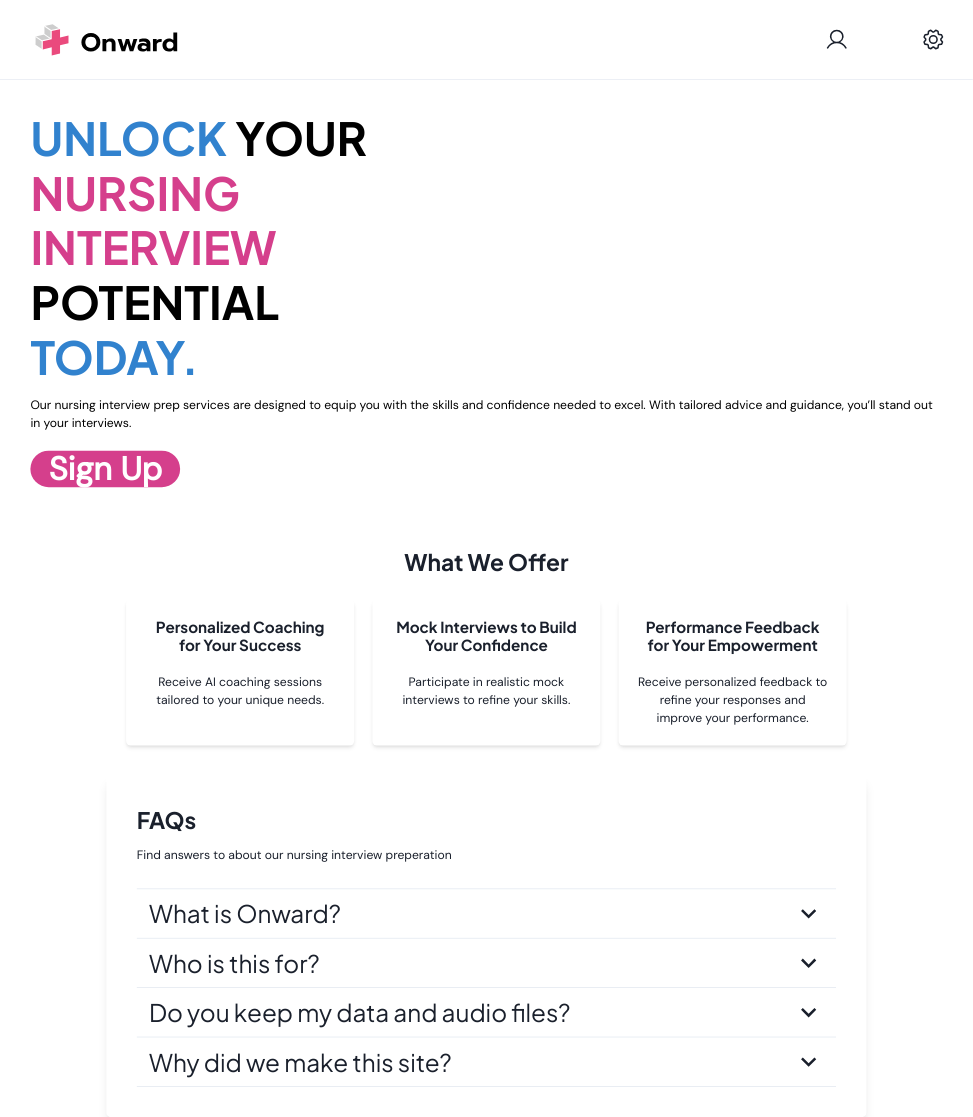
Repository: Aladdin3r/onward
Page: /landing-page
The author's editor kept a copy of each file at every save. The page is drawn from the files as they stood at one save, then again after a run of saves.
The browser window is 1280 px wide. The pictures show the whole page, at 76% of full size.
The project was rebuilt for these pictures with package versions that can differ from the ones it lists, and the page was loaded fresh each time. The framework's server and built-in components were replaced by stand-ins that run in the browser. Also part of the build but not shown: next.config.mjs, styles/components/AppTopNav.js, styles/components/Layout.js.

Above is the page before, as saved 2024-10-29 01:42:09.

After the next 2 saves:
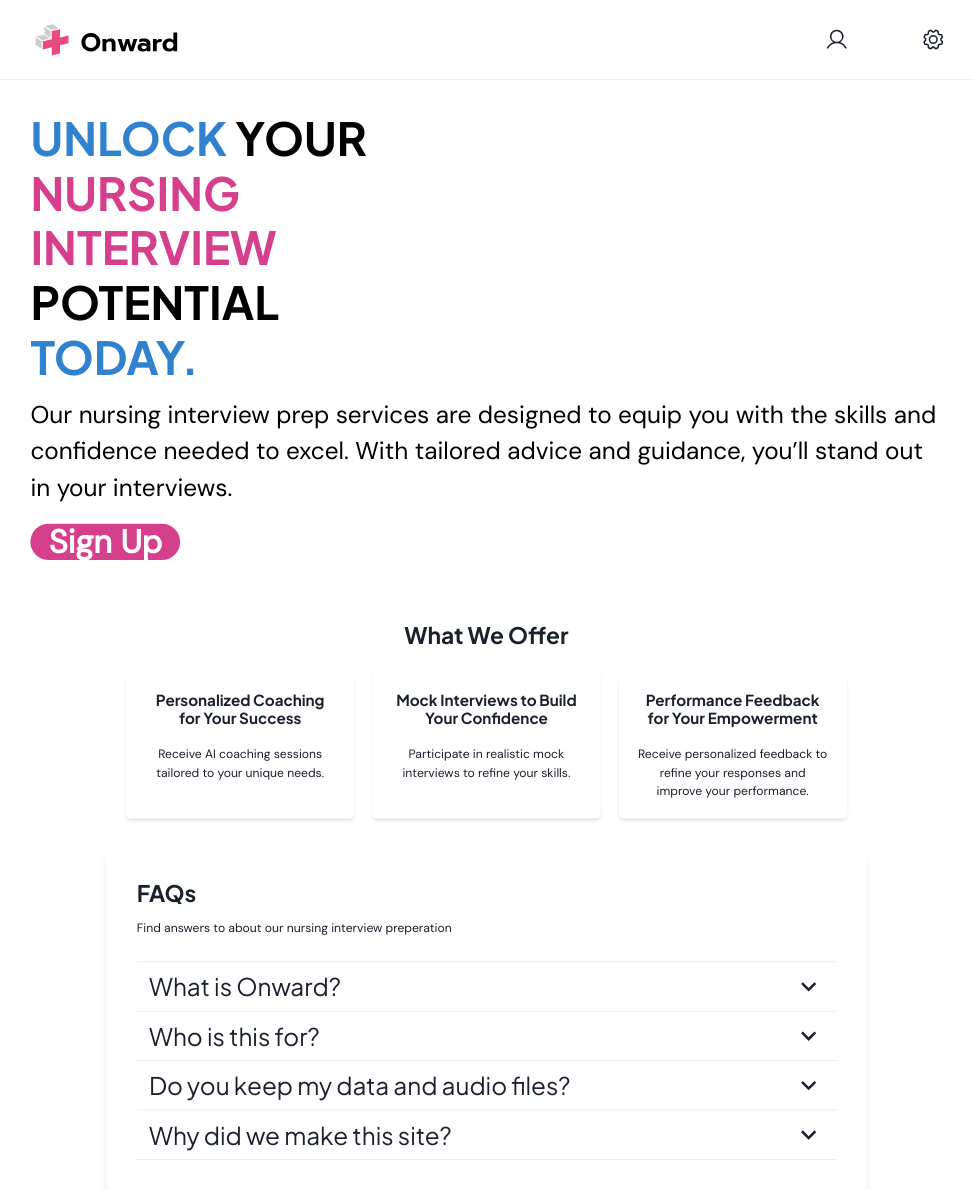
The 2 saves are shown as one change because they came seconds apart.
The last was saved 6 s later.
--- a/pages/landing-page.js
+++ b/pages/landing-page.js
@@ -37,7 +37,7 @@
             <Text as="span" color="blue.500">TODAY.</Text>
 
           </Heading>
-          <Text fontFamily="body" fontSize="m" mb={6}>
+          <Text fontFamily="body" fontSize="md" mb={6}>
             Our nursing interview prep services are designed to equip you with the skills and confidence needed to excel. With tailored advice and guidance, you’ll stand out in your interviews.
           </Text>
           <Button colorScheme="pink" size="lg" onClick={handleSignUp}>Sign Up</Button>

After the 2 saves that followed:
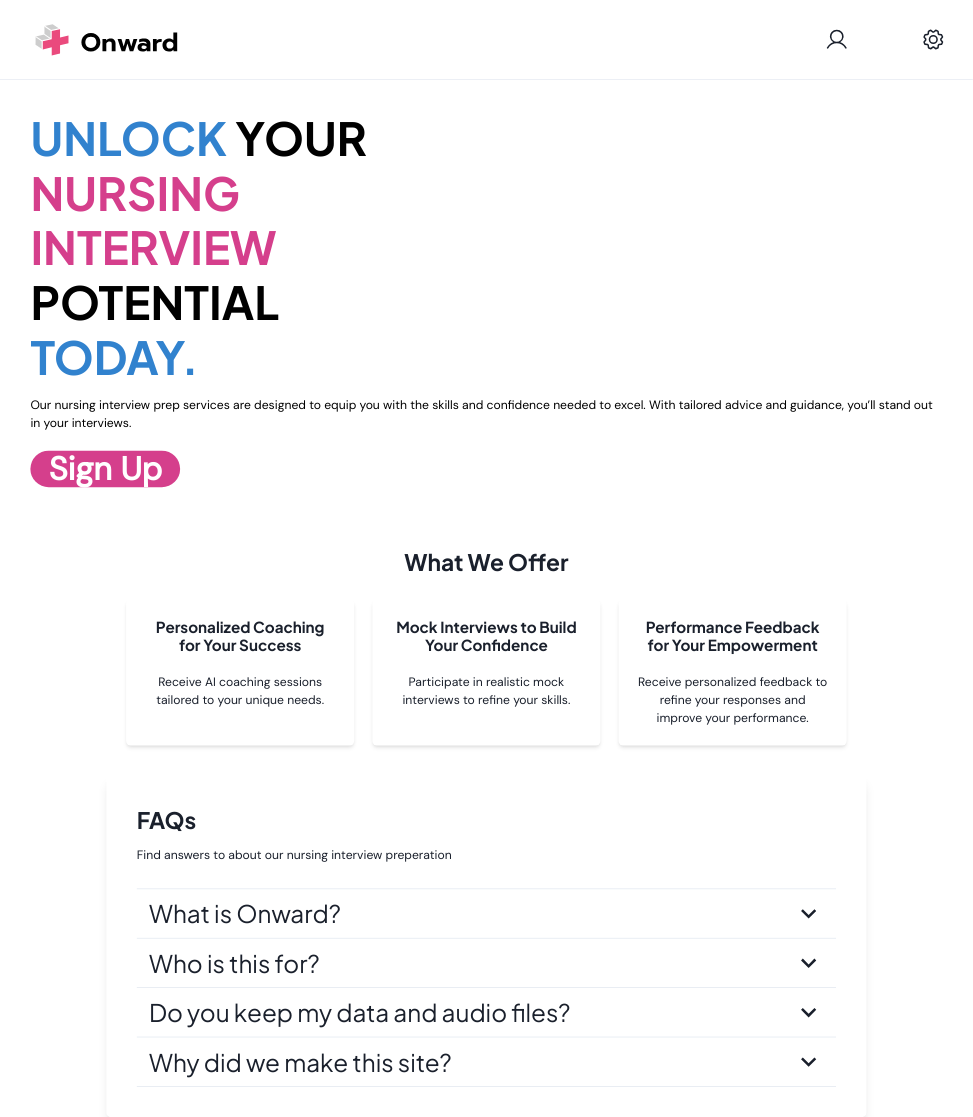
The 2 saves are shown as one change because they came seconds apart.
The last was saved 11 s later.
--- a/pages/landing-page.js
+++ b/pages/landing-page.js
@@ -37,7 +37,7 @@
             <Text as="span" color="blue.500">TODAY.</Text>
 
           </Heading>
-          <Text fontFamily="body" fontSize="md" mb={6}>
+          <Text fontFamily="body" fontSize="x" mb={6}>
             Our nursing interview prep services are designed to equip you with the skills and confidence needed to excel. With tailored advice and guidance, you’ll stand out in your interviews.
           </Text>
           <Button colorScheme="pink" size="lg" onClick={handleSignUp}>Sign Up</Button>
